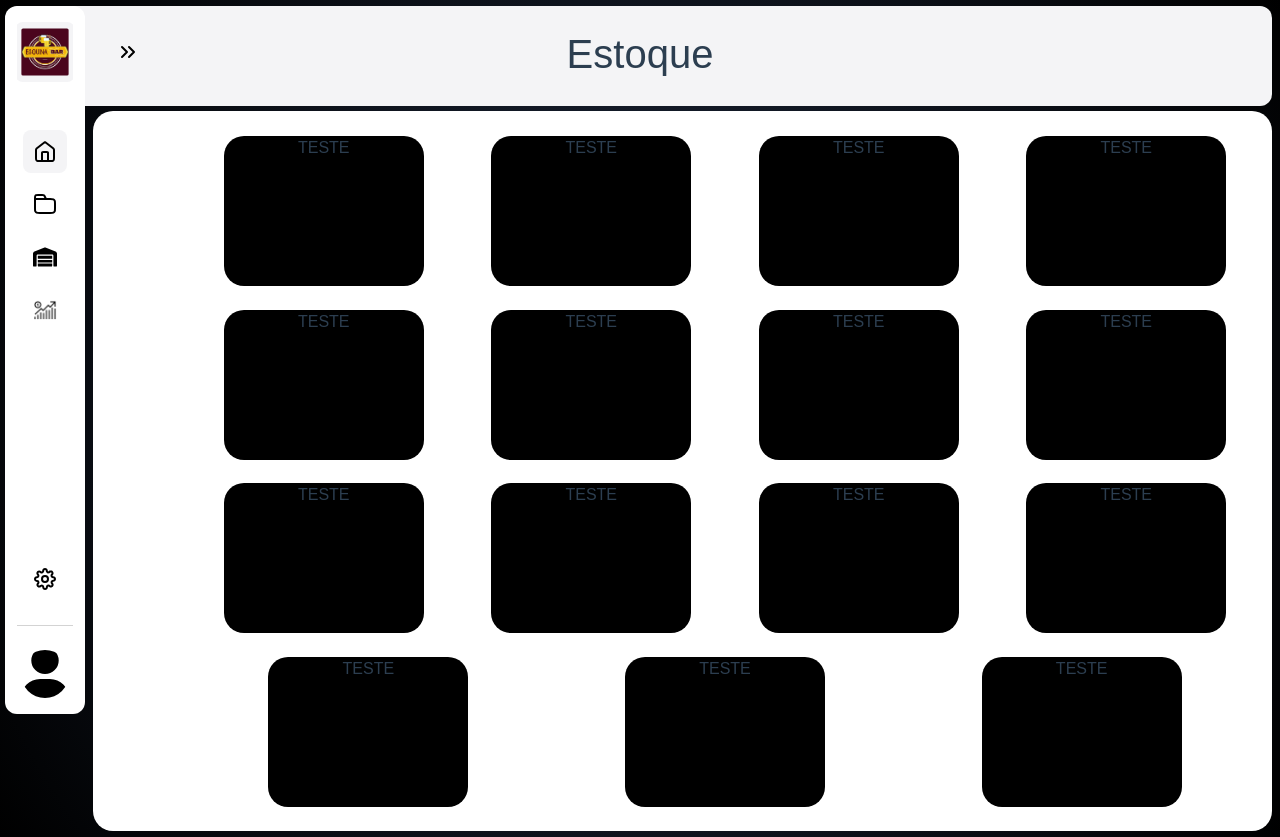
Repository: jazaoo13/Projeto_Oficina_Integracao
Page: / (app in Aplicacao_vue/)
The author's editor kept a copy of each file at every save. The page is drawn from the files as they stood at one save, then again after the next save.
The browser window is 1280 px wide. The pictures show the whole page.
The page's requests for data from a server got no answer. The project was rebuilt for these pictures with package versions that can differ from the ones it lists, and the page was loaded fresh each time. No one was signed in, and anything a server would have sent is missing. Also part of the build but not shown: Aplicacao_vue/vue.config.js, Aplicacao_vue/src/View/jazao.vue.

Above is the page before, as saved 2023-11-19 17:12:10.

### Aplicacao_vue/public/index.html
<!DOCTYPE html>
<html lang="">
  <head>
    <meta charset="utf-8">
    <meta name="viewport" content="width=device-width, initial-scale=1">
    <meta http-equiv="X-UA-Compatible" content="IE=edge">
    <meta name="viewport" content="width=device-width,initial-scale=1.0">
    <link rel="icon" href="<%= BASE_URL %>favicon.ico">
    <link href="https://cdn.jsdelivr.net/npm/bootstrap@5.3.2/dist/css/bootstrap.min.css" rel="stylesheet" integrity="sha384-T3c6CoIi6uLrA9TneNEoa7RxnatzjcDSCmG1MXxSR1GAsXEV/Dwwykc2MPK8M2HN" crossorigin="anonymous">
    <title>Controle de Bebidas</title>
  </head>
  <body>
    <script src="https://cdn.jsdelivr.net/npm/bootstrap@5.3.2/dist/js/bootstrap.bundle.min.js" integrity="sha384-C6RzsynM9kWDrMNeT87bh95OGNyZPhcTNXj1NW7RuBCsyN/o0jlpcV8Qyq46cDfL" crossorigin="anonymous"></script>
    <div id="app"></div>
    <!-- built files will be auto injected -->
  </body>
</html>

### Aplicacao_vue/src/main.js
import Vue from 'vue'
import App from './App.vue'
import {BootstrapVue, IconsPlugin} from 'bootstrap-vue';
import 'font-awesome/css/font-awesome.css';
import 'bootstrap-vue/dist/bootstrap-vue.css'
import 'bootstrap/dist/css/bootstrap.css'
import router from './router'
import Vuex from 'vuex'
import store from './store'

Vue.config.productionTip = false
Vue.use(BootstrapVue);
Vue.use(IconsPlugin);
Vue.use(Vuex);

new Vue({
  router,
  store,
  render: h => h(App)
}).$mount('#app')

### Aplicacao_vue/src/App.vue
<template>
  <div id="app">
    <router-view/>
  </div>
</template>

<style lang="scss">
#app {
  font-family: Avenir, Helvetica, Arial, sans-serif;
  -webkit-font-smoothing: antialiased;
  -moz-osx-font-smoothing: grayscale;
  text-align: center;
  color: #2c3e50;
}

nav {
  padding: 30px;

  a {
    font-weight: bold;
    color: #2c3e50;

    &.router-link-exact-active {
      color: #42b983;
    }
  }
}
html, body {
  height: 100%;
  margin: 0;
}
</style>

### Aplicacao_vue/src/router/index.js
import Vue from 'vue'
import VueRouter from 'vue-router'
import Home from '../View/Home.vue'
import jazao_component from '../View/jazao.vue'
Vue.use(VueRouter)

const routes = [
  {
    path: '/',
    name: 'home',
    component: Home
  },
  {
    path: '/jazao',
    name: 'Jazao',
    component: jazao_component
    //component: () => import(/* webpackChunkName: "about" */ '../View/HomeTeste.vue')
  },

]

const router = new VueRouter({
  mode: 'history',
  base: process.env.BASE_URL,
  routes
})

export default router

### Aplicacao_vue/src/store.js
import Vue from 'vue'
import Vuex from 'vuex'

Vue.use(Vuex)

const store = new Vuex.Store({
    data(){
        return{
            isActive: false
        }
    },
    state: {
        count: 0,
        isActive: false
    },
    mutations: {
        increment(state) {
            state.count++
        },
        setIsActive(state){
            state.isActive = !state.isActive
        }
    },

})
export default store

### Aplicacao_vue/src/View/Home.vue
<template>
    <div class="bodyClass">
        <div class="container-fluid">
            <div class="row">
                <Sidebar></Sidebar>
            </div>
            <div class="content-container">
                <HeaderPage></HeaderPage>
                <EstoqueView></EstoqueView>
            </div>
        </div>
    </div>
</template>

<script>
import axios from 'axios';
import Sidebar from './Sidebar.vue';
import HeaderPage from './Header.vue'
import EstoqueView from '../components/EstoqueView.vue'
export default {
    name: 'HomePage',
    components: {
        Sidebar,
        HeaderPage,
        EstoqueView
    },
    data() {
        return {
            lstApi: '',
        };
    },
    methods: {
        chamar_api() {
            let url = 'https://catfact.ninja/fact';
            axios
                .get(url, {

                })
                .then((resposta) => {
                    this.lstApi = resposta
                })
                .catch((erro) => console.log(erro));
        },
    },
    mounted() {
        this.chamar_api()
    },
};
</script>

<style lang="scss" scoped>
.bodyClass {
    background: radial-gradient(circle at 50% 50%, #192233 20%, #000);
    padding: 0.375rem;
    font-family: Poppins, sans-serif;
    display: flex;
    height: 100%;
}
.container-fluid {
  flex: 1;
  height: 100%;
  display: flex;
  flex-direction: column;
  padding-right: 2px;
  padding-left: 2px;
}
.row {
  display: flex;
  flex: 1;
}
.content-container {
  display: flex;
  flex-direction: column;
  flex: 1500;
}
</style>

### Aplicacao_vue/src/View/Sidebar.vue
<template>
    <div>
        <nav class="sideBar" :class="{ 'isActive': this.$store.state.isActive }">
            <div class="sidebar-header" :class="{ 'isActive': this.$store.state.isActive }">
                <a class="logo-wrapper">
                    <img src="@/assets/logo_esquina.png" alt="Logo" :class="{ 'isActive': this.$store.state.isActive }">
                    <h2 :class="{ 'isActive': this.$store.state.isActive }">Bar da Esquina</h2>
                </a>
                <button class="toggle-btn" @click="toggle()">
                    <img src="../assets/expand.svg" alt="expand button">
                </button>
            </div>

            <div class="sidebar-links" :class="{ 'isActive': this.$store.state.isActive }">
                <a class="link active">
                    <img src="../assets/home.svg" alt="">
                    <span :class="{ 'isActive': this.$store.state.isActive }">Home</span>
                </a>
                <a class="link">
                    <img src="../assets/projects.svg" alt="">
                    <span :class="{ 'isActive': this.$store.state.isActive }">Cadastro</span>
                </a>
                <a class="link">
                    <img src="../assets/estoque.svg" alt="">
                    <span :class="{ 'isActive': this.$store.state.isActive }">Estoque</span>
                </a>
                <a class="link">
                    <img src="../assets/vendas.png" alt="">
                    <span :class="{ 'isActive': this.$store.state.isActive }">Vendas</span>
                </a>
            </div>


            <div class="sidebar-bottom" :class="{ 'isActive': this.$store.state.isActive }">
                <div class="sidebar-links" :class="{ 'isActive': this.$store.state.isActive }">
                    <a class="link">
                        <img src="../assets/settings.svg" alt="">
                        <span :class="{ 'isActive': this.$store.state.isActive }">Configurações</span>
                    </a>
                </div>

                <div class="user-profile" :class="{ 'isActive': this.$store.state.isActive }">
                    <div class="user-avatar">
                        <img src="../assets/user.svg" alt="">
                    </div>
                    <div class="user-details" :class="{ 'isActive': this.$store.state.isActive }">
                        <p class="username">Usuario</p>
                        <p class="user-email">email@gmail.com</p>
                    </div>
                </div>
            </div>
        </nav>
    </div>
</template>

<script>
import { mapState } from 'vuex'
export default {
    name: "SiderBar",
    components: {
    },
    data() {
        return {
            //isActive:false,
            // imagens:{
            //     imagem1: url=''
            // }
            //array de objetos para os botoes laterais
        }
    },
    methods: {
        Abre_Cadastro() {

        },
        computed: {
            ...mapState(['isActive'])

        },
        toggle() {
            this.$store.commit('setIsActive');

            const toggleBtn = document.querySelector(".toggle-btn");
            toggleBtn.style.transform = this.$store.state.isActive ? "rotate(180deg)" : "rotate(0deg)";
        },
    },
    mounted() {

    },
}
</script>


<style lang="scss">
*,
*::before,
*::after {
    margin: 0;
    padding: 0;
    box-sizing: border-box;
}

button,
a {
    all: unset;
    font: inherit;
    cursor: pointer;
    text-decoration: none !important;
}

a:hover {
    color: inherit !important;
}

.sideBar {
    position: fixed;
    width: 5rem;
    height: calc(100% - 0.75rem);
    background-color: #ffffff;
    padding: 1rem 0.75rem;
    border-radius: 0.75rem;
    display: flex;
    flex-direction: column;
    transition: width 500ms ease;

    &.isActive {
        width: 15rem;
    }
}

h2 {
    display: none;

    &.isActive {
        display: inline;
        font-size: 1.5rem;
    }
}

.sidebar-header,
.sidebar-links {
    display: flex;
    justify-content: center;
    align-items: center;
    overflow: hidden;
    flex-direction: column;
    &.isActive {
        justify-content: start;
        align-items: stretch;
    }
}
.sidebar-links {
    flex-direction: column;
    margin-bottom: auto;
    gap: 0.6rem;
    padding-bottom: 1.5rem;
    padding-top: 1.5rem;
}
.sidebar-header {
    margin-bottom: 1.5rem;
    &.isActive {
        justify-content: start;
        align-items: stretch;
    }
}

.logo-wrapper {
    display: flex;
    justify-content: start;
    align-items: center;
    gap: 1.25rem;
    text-decoration: none !important;
}

a.logo-wrapper:hover {
    color: inherit !important;
}

.logo-wrapper>img {
    width: 60px;
    height: 60px;
    background-color: #f4f4f6;
    padding: 0.4rem;
    border-radius: 0.5rem;

    &.isActive {
        width: 100px;
        height: 100px;
    }
}

.sideBar.sidebar-links {
    border-top: 1px solid rgb(211, 211, 211);
}

.link {
    display: flex;
    padding: 0.6rem;
    border-radius: 0.5rem;
    gap: 1.5rem;
}

span {
    display: none;

    &.isActive {
        display: inline;
    }
}

.link:hover,
.link.active:hover {
    background-color: #e4e4e8;
}

.link.active {
    background-color: #f4f4f6;
}

.link>img {
    width: 24px;
    height: 24px;
}

.sidebar-bottom .sidebar-links {
    padding-bottom: 1.5rem;
}

.toggle-btn {
    position: absolute;
    top: 26px;
    right: -63px;
    padding: 0.5rem;
    background-color:var(--bs-heading-color);
    border-radius: 50%;
    display: flex;
    justify-content: center;
    align-items: center;
    transition: transform 0.25s ease;
}

.user-profile {
    display: flex;
    justify-content: center;
    align-items: center;
    gap: 1.5rem;
    padding-top: 1.5rem;
    border-top: 1px solid rgb(211, 211, 211);

    &.isActive {
        justify-content: start;
        align-items: stretch;
    }
}

.user-avatar {
    width: 48px;
    height: 48px;
    cursor: pointer;
    transition: scale 0.2s ease;
}

.user-avatar img {
    width: 100%;
    height: 100%;
    border-radius: 50%;
    object-fit: cover;
}

.user-avatar:hover {
    scale: 1.1;
}

.user-details {
    align-self: center;
    overflow: hidden;
    display: none;

    .username {
        font-size: 0.85rem;
        font-weight: 600;
    }

    .user-email {
        font-size: 0.8rem;
    }

    &.isActive {
        display: inline;
    }

}</style>

### Aplicacao_vue/src/View/Header.vue
<template>
    <div>
        <div class="header" :class="{ 'isActive': this.$store.state.isActive }">
        <h1 class="titulo">Estoque</h1>
        </div>
    </div>
</template>

<script>
import { mapState } from 'vuex'
export default {
    name: "HeaderPage",
    data() {
        return {
            //isActive: false,
        }
    },
    computed: {
        ...mapState(['isActive'])

    },
}
</script>

<style lang="scss" scoped>
.header {
    //width: calc(100% - 85px);
    background-color: #f4f4f6;
    border-radius: 0.75rem;
    height: 100px;
    margin-left:auto;
    transition: width 500ms ease ;
    &.isActive{
        //width:calc(100% - 245px);
        transition: width 500ms ease ;
    }
}
.titulo{
    height: 100%;
    padding-top: 1.5rem;
}

// .header{

// }
</style>

### Aplicacao_vue/src/components/EstoqueView.vue
<template>
    <div class="fundo">
        <div class="row" :class="{ 'isActive': this.$store.state.isActive }">
            <ul class="listaItens">
                <li class="items">TESTE</li>
                <li class="items">TESTE</li>
                <li class="items">TESTE</li>
                <li class="items">TESTE</li>
                <li class="items">TESTE</li>
                <li class="items">TESTE</li>
                <li class="items">TESTE</li>
                <li class="items">TESTE</li>
                <li class="items">TESTE</li>
                <li class="items">TESTE</li>
                <li class="items">TESTE</li>
                <li class="items">TESTE</li>
                <li class="items">TESTE</li>
                <li class="items">TESTE</li>
                <li class="items">TESTE</li>
                <!-- <li class="items">TESTE</li>
                <li class="items">TESTE</li>
                <li class="items">TESTE</li> -->
            </ul>
        </div>
    </div>
</template>

<script>

import { mapState } from 'vuex'
export default {
    name: "EstoqueView",
    methods: {
        computed: {
            ...mapState(['isActive'])
        }
    },
}
</script>

<style lang="scss" scoped>
.row {
    width: calc(100% - 85px);
    margin-left: auto;
    border-radius: 20px;
    margin-top: 5px;
    margin-right: 0px;
    height: calc(100% - 10px);
    transition: width 500ms ease;
    &.isActive {
        width: calc(100% - 245px);
        transition: width 500ms ease;
    }
}
.fundo{
    background-color: #ffffff;
    width: calc(100% - 85px);
    margin-left: auto;
    border-radius: 20px;
    margin-top: 5px;
    margin-right: 0px;
    height: 100vh;
    transition: width 500ms ease;

    &.isActive {
        width: calc(100% - 245px);
        transition: width 500ms ease;
    }
}

.items {
    background-color: black;
    //padding: 80px 100px;
    width:200px;
    height: 150px;
    margin: 20px 10px 0px;
    border-radius: 20px;
    list-style-type: none;
}

.listaItens {
    display: flex;
    flex-direction: row;
    flex-wrap: wrap;
    justify-content: space-around;
}</style>

After the next save:
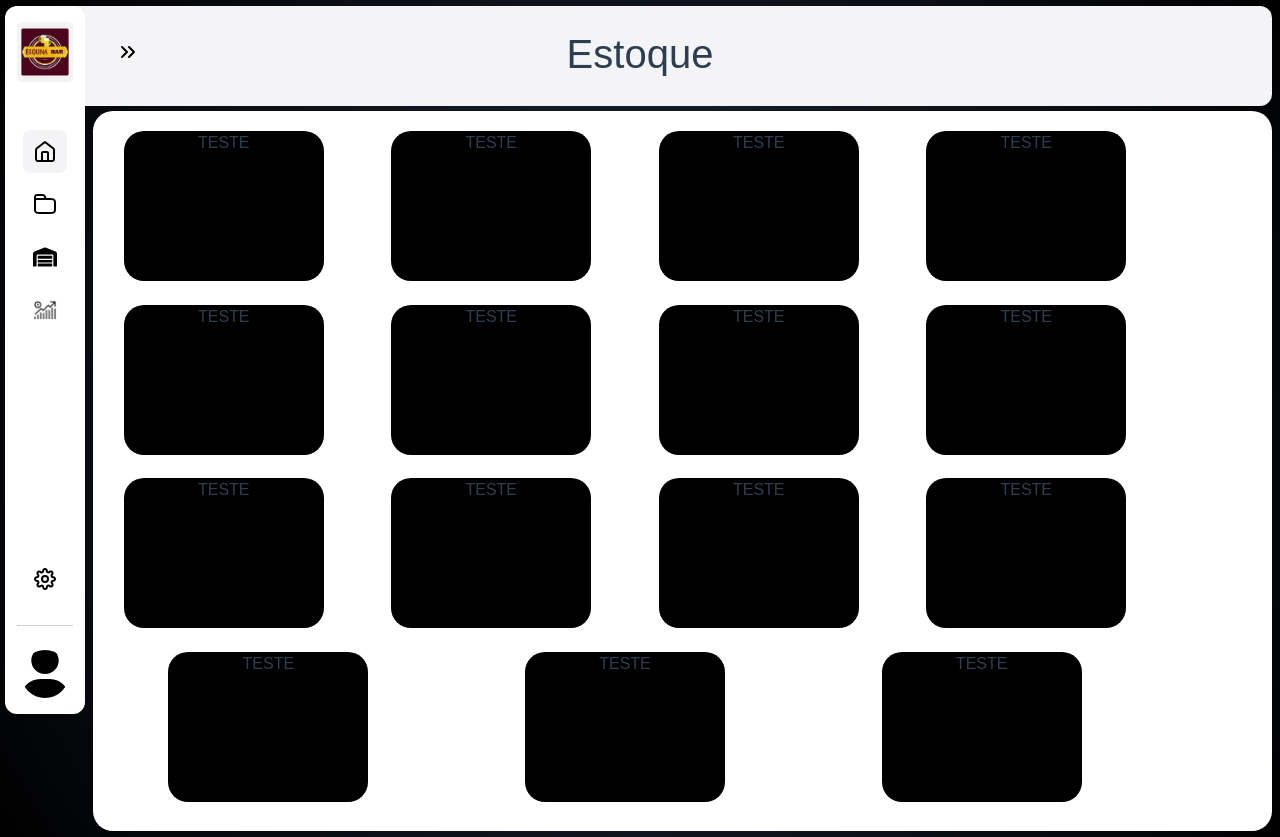
Saved 47 s later.
--- a/Aplicacao_vue/src/components/EstoqueView.vue
+++ b/Aplicacao_vue/src/components/EstoqueView.vue
@@ -41,10 +41,6 @@ export default {
 <style lang="scss" scoped>
 .row {
     width: calc(100% - 85px);
-    margin-left: auto;
-    border-radius: 20px;
-    margin-top: 5px;
-    margin-right: 0px;
     height: calc(100% - 10px);
     transition: width 500ms ease;
     &.isActive {
